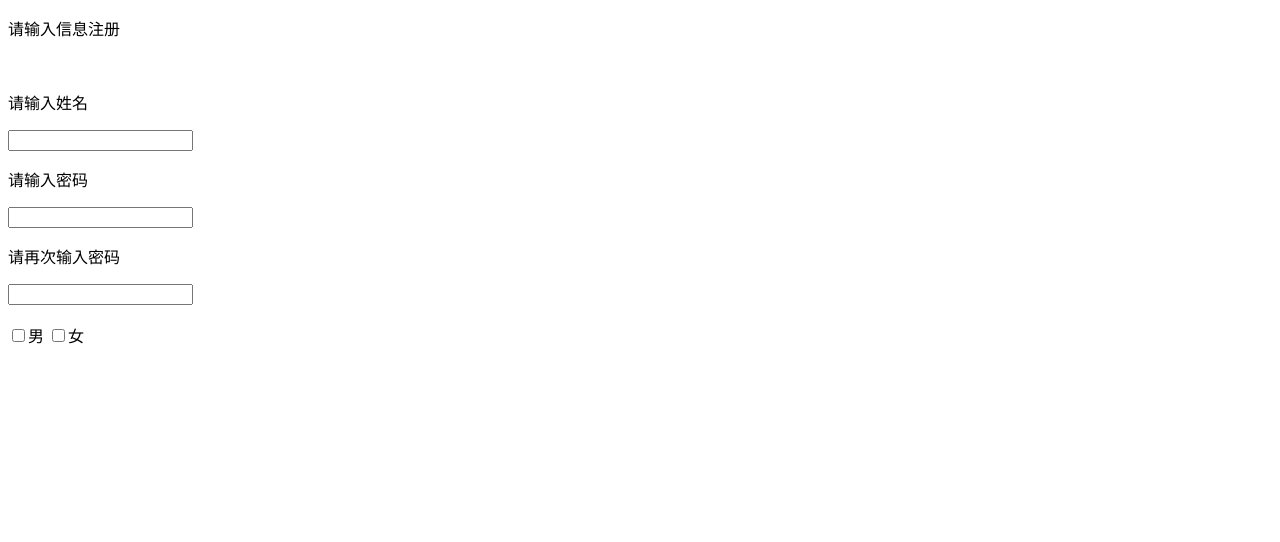
Repository: xienezheng/javaPractice
Page: javaweb/try2/WebContent/reg.html
These files come from the project's save history. The page is drawn as it stood at one moment and after the next save; the edit follows.
The browser window is 1280 px wide. The pictures show the whole page.

Above is the page before, as saved 2017-04-23 08:53:45.

After the next save:
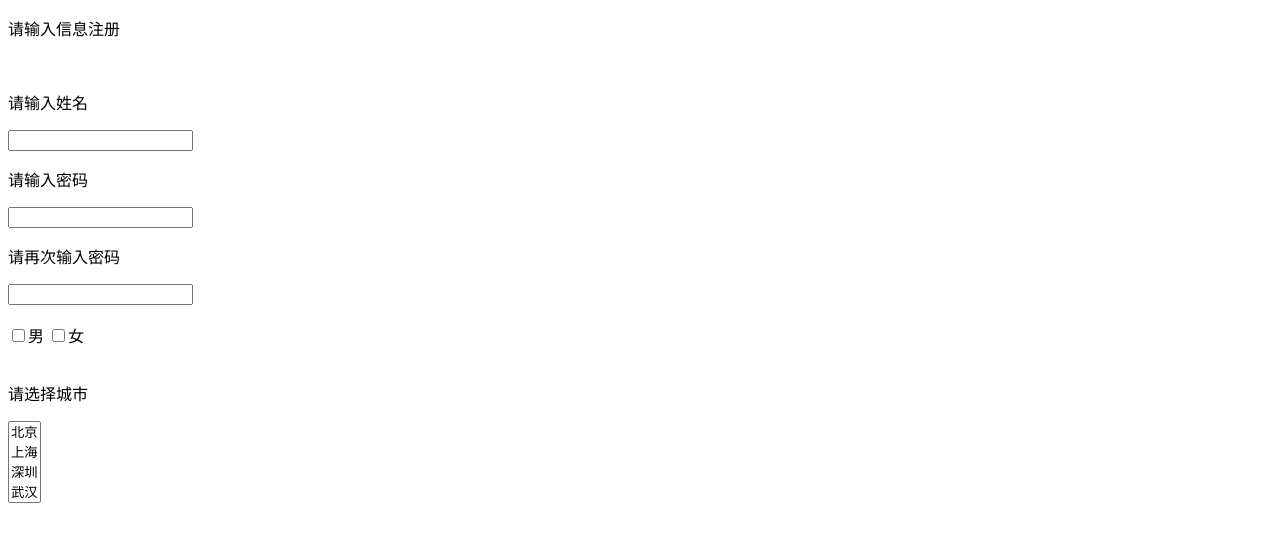
Saved 2 min 21 s later.
--- a/javaweb/try2/WebContent/reg.html
+++ b/javaweb/try2/WebContent/reg.html
@@ -27,6 +27,15 @@ left:200px;
 <br>
 <input type="checkbox"name="sex"value="man">男
 <input type="checkbox"name="sex"value="woman">女
+<br>
+<br>
+<p>请选择城市</p>
+<select name="city"size="4.multipy">
+<option>北京</option>
+<option>上海</option>
+<option>深圳</option>
+<option>武汉</option>
+</select>
 </form>
 </body>
 </html>
